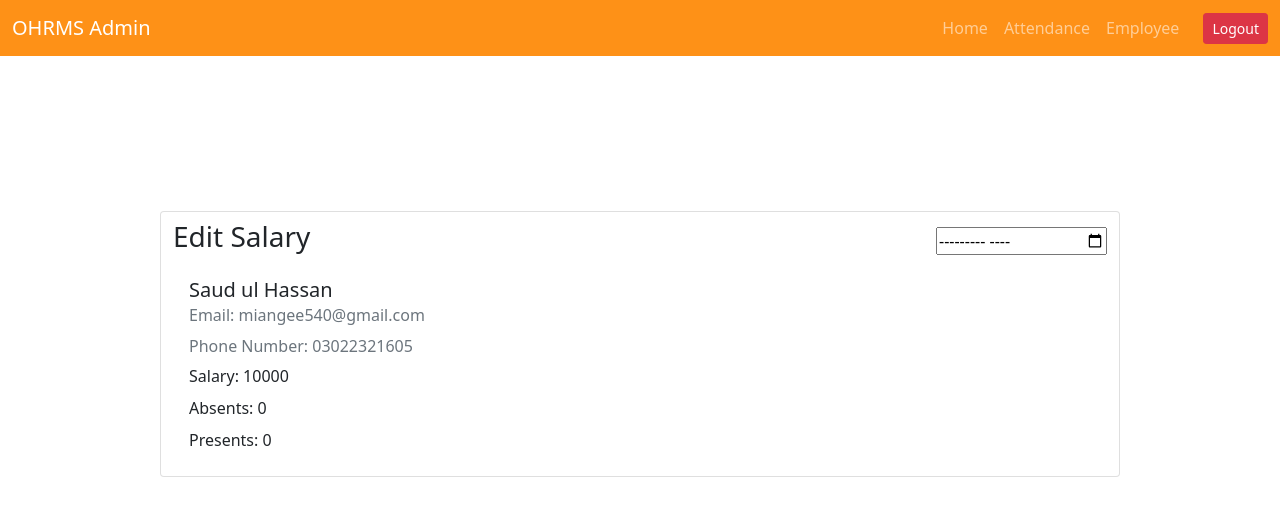
Repository: SaudCh/PHP-OHRMS
Page: http://localhost/admin/edit-salary?id=49
An editor plug-in stored every save of this project. The page is shown before and after the next save, followed by the edit.
The browser window is 1280 px wide. The pictures show the whole page.
Some web libraries are served in a nearby version. The page is run by PHP 8.4 with error messages shown; the project is at /var/www/html/. The session is filled in as if someone had signed in: {"admin": "admin@ohrm.com"}. Other server files are loaded and not shown. The database holds what the project's SQL file puts in it. Queries for data that is not in the repository find no rows.

Above is the page before, as saved 2022-06-05 22:56:43.

### admin/edit-salary.php
<!DOCTYPE html>
<html lang="en">

<head>
    <meta charset="UTF-8">
    <meta http-equiv="X-UA-Compatible" content="IE=edge">
    <meta name="viewport" content="width=device-width, initial-scale=1.0">
    <?php require "../assets/includes/link.includes.php" ?>

    <title>OHRMS</title>
</head>

<body>
    <?php require "./assets/Components/header.php" ?>
    <div class="container-fluid">
        <div class="row align-items-center justify-content-center" style="min-height: 80vh;">

            <div class="card col-11 col-md-9">
                <div class="d-flex align-items-center justify-content-between mt-2">

                    <h3>Edit Salary</h3>
                    <div>
                        <input type="month" id="date" name="date">
                    </div>

                </div>
                <?php
                $id = $_GET['id'];
                $sql = "select * from employee where empId = '$id'";
                $results = mysqli_query($con, $sql);
                $rescheck = mysqli_num_rows($results);
                if ($rescheck > 0) {
                    while ($row = mysqli_fetch_assoc($results)) {
                ?>
                        <div class="card-body">
                            <h5 class="card-title"><?= $row["name"] ?></h5>
                            <h6 class="card-subtitle mb-3 text-muted">Email: <?= $row['emailAddress'] ?></h6>
                            <h6 class="card-subtitle mb-2 text-muted">Phone Number: <?= $row['phoneNumber'] ?></h6>
                            <p class="card-text p-0 m-0 mb-2">Salary: <?= $row['salary'] ?></p>


                    <?php }
                } ?>

                    <?php
                    $absent = 0;
                    $present = 0;

                    date("Y");

                    $id = $_GET['id'];
                    $sql = "select * from attendance where empId = '$id' and date > '2022-05-1'";
                    $results = mysqli_query($con, $sql);
                    $rescheck = mysqli_num_rows($results);
                    if ($rescheck > 0) {
                        while ($row = mysqli_fetch_assoc($results)) {
                            if ($row['status'] == 'Present') {
                                $present++;
                            } else {
                                $absent++;
                            }
                        }
                    }
                    ?>

                    <p class="card-text p-0 m-0 mb-2">Absents: <?= $absent ?></p>
                    <p class="card-text p-0 m-0 mb-2">Presents: <?= $present ?></p>
                        </div>

            </div>
        </div>
    </div>
</body>

</html>

### assets/includes/link.includes.php
<link href="https://cdn.jsdelivr.net/npm/bootstrap@5.0.2/dist/css/bootstrap.min.css" rel="stylesheet" integrity="sha384-EVSTQN3/azprG1Anm3QDgpJLIm9Nao0Yz1ztcQTwFspd3yD65VohhpuuCOmLASjC" crossorigin="anonymous">
<script src="https://cdn.jsdelivr.net/npm/bootstrap@5.0.2/dist/js/bootstrap.bundle.min.js" integrity="sha384-MrcW6ZMFYlzcLA8Nl+NtUVF0sA7MsXsP1UyJoMp4YLEuNSfAP+JcXn/tWtIaxVXM" crossorigin="anonymous"></script>
<script src="https://cdn.jsdelivr.net/npm/@popperjs/core@2.9.2/dist/umd/popper.min.js" integrity="sha384-IQsoLXl5PILFhosVNubq5LC7Qb9DXgDA9i+tQ8Zj3iwWAwPtgFTxbJ8NT4GN1R8p" crossorigin="anonymous"></script>
<script src="https://cdn.jsdelivr.net/npm/bootstrap@5.0.2/dist/js/bootstrap.min.js" integrity="sha384-cVKIPhGWiC2Al4u+LWgxfKTRIcfu0JTxR+EQDz/bgldoEyl4H0zUF0QKbrJ0EcQF" crossorigin="anonymous"></script>

<script src="https://kit.fontawesome.com/5d60ba127b.js" crossorigin="anonymous"></script>

<link rel="stylesheet" href="./assets/css/style.css" type="text/css">
<link rel="stylesheet" href="./assets/css/footer.css" type="text/css">
<style>
    .link {
        text-decoration: none;
    }
</style>

### admin/assets/Components/header.php
<?php
session_start();
$email = '';

include '../assets/config/dbconfig.php';

if (isset($_SESSION['admin'])) {
    $email = $_SESSION['admin'];
} else {
    header("location: login");
}
?>
<nav class="navbar navbar-expand-lg navbar-dark" style="background-color: #fe9117;">
    <div class="container-fluid">
        <a class="navbar-brand" href="index">OHRMS Admin</a>
        <button class="navbar-toggler" type="button" data-bs-toggle="collapse" data-bs-target="#navbarSupportedContent" aria-controls="navbarSupportedContent" aria-expanded="false" aria-label="Toggle navigation">
            <span class="navbar-toggler-icon"></span>
        </button>
        <div class="collapse navbar-collapse" id="navbarSupportedContent">
            <ul class="navbar-nav ms-auto me-3 mb-2 mb-lg-0">
                <li class="nav-item">
                    <a class="nav-link" aria-current="page" href="index">Home</a>
                </li>
                <li class="nav-item">
                    <a class="nav-link" href="attendance">Attendance</a>
                </li>
                <li class="nav-item">
                    <a class="nav-link" href="employee">Employee</a>
                </li>
            </ul>
            <?php

            if (isset($_SESSION['admin'])) {
                echo '<a href="./assets/includes/admin-logout.includes.php" class="btn btn-sm btn-danger">Logout</a>';
            } else {
                echo '<a href="login" class="btn btn-sm btn-success">Login/Register</a>';
            }
            ?>

        </div>
    </div>
</nav>

### assets/config/dbconfig.php
<?php
// Database configuration
$dbHost     = "localhost";
$dbUsername = "root";
$dbPassword = "";
$dbName     = "ohrms";

// $dbHost     = "sql102.epizy.com";
// $dbUsername = "epiz_31455211";
// $dbPassword = "Kr3NNcrNvT9Mx4";
// $dbName     = "epiz_31455211_ohrms";

// Create database connection
$db = new mysqli($dbHost, $dbUsername, $dbPassword, $dbName);
$con=mysqli_connect($dbHost, $dbUsername, $dbPassword,$dbName);

// Check connection
if ($db->connect_error) {
    die("Connection failed: " . $db->connect_error);
}

### assets/css/footer.css
.back-to-top {
  cursor: pointer;
  position: fixed;
  bottom: 30px;
  right: 20px;
  display: none;
  z-index: 10;
}

.footer {
  background-color: #fe9126;
  display: flex;
  color: white;
  z-index: 2;
}

.footer a {
  color: white;
  text-decoration: none;
  font-weight: 500;
}

.footer-links ul {
  text-align: left;
}

.footer-links li {
  list-style: none;
}

.copyright {
  color: white;
  background-color: #fe9126;
}

### sql/ohrms.sql (the tables this page reads)
CREATE TABLE `employee` (
  `empId` int(11) NOT NULL,
  `name` char(50) NOT NULL,
  `phoneNumber` varchar(15) NOT NULL,
  `department` char(10) NOT NULL,
  `emailAddress` varchar(50) NOT NULL,
  `password` varchar(255) NOT NULL,
  `address` varchar(100) NOT NULL,
  `gender` char(10) NOT NULL,
  `salary` int(10) NOT NULL DEFAULT 10000,
  `token` varchar(255) NOT NULL,
  `empStatus` int(1) NOT NULL DEFAULT 0,
  `created` datetime NOT NULL DEFAULT current_timestamp(),
  `tempMail` varchar(20) NOT NULL
) ENGINE=InnoDB DEFAULT CHARSET=utf8mb4;

INSERT INTO `employee` (`empId`, `name`, `phoneNumber`, `department`, `emailAddress`, `password`, `address`, `gender`, `salary`, `token`, `empStatus`, `created`, `tempMail`) VALUES
(49, 'Saud ul Hassan', '03022321605', 'IT', 'miangee540@gmail.com', '$2y$10$tnkPhTnqi.jBUQkl8uiTEePtk4Auc3IYuPundD76d2H41YGcwugUW', '123 B Comsats\r\n123', 'male', 10000, '1bb7c8eb79b1d6be961371dabf6745', 1, '2022-06-13 18:56:53', 'miangee540@gmail.com'),
(51, 'Cedric Sampson', '+16473759896', 'Finance', 'saudchaudhary0@gmail', '$2y$10$8lcl4ARF2QZ6ryeaVm7qlOr02QNJMQFGSRC1rsK8to0F42cu8QcHu', 'Mollitia et et deser', 'female', 21000, '6e4e9ff9110491b8cb7f122b012c2c', 0, '2022-06-13 19:32:44', 'saudchaudhary0@gmail');

ALTER TABLE `employee`
  ADD PRIMARY KEY (`empId`);

ALTER TABLE `employee`
  MODIFY `empId` int(11) NOT NULL AUTO_INCREMENT, AUTO_INCREMENT=52;

Loaded but not shown: assets/css/style.css (common file)

After the next save:
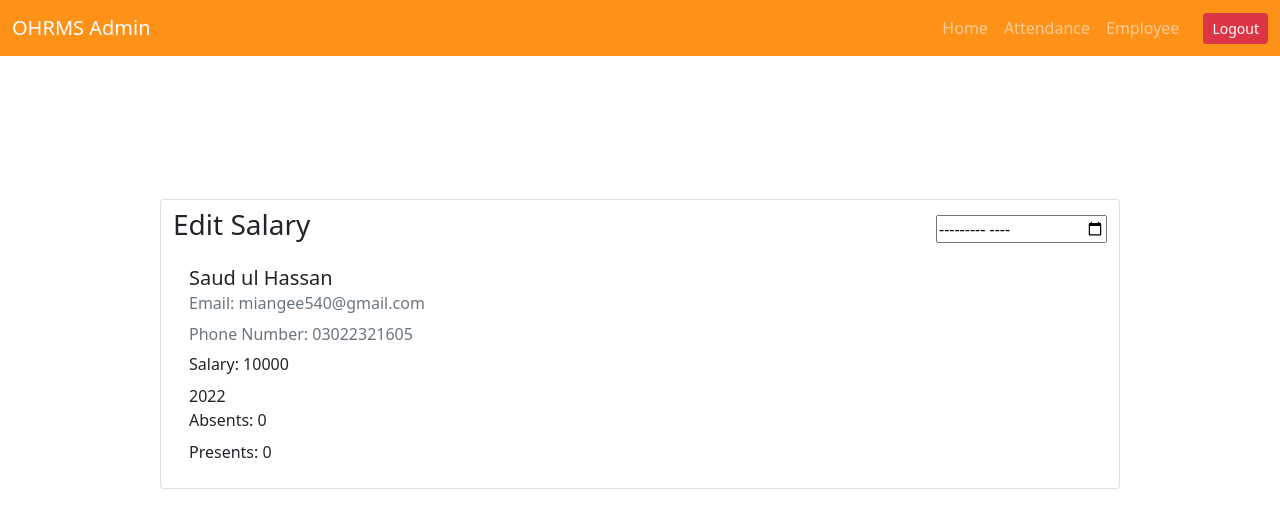
Saved 5 s later.
--- a/admin/edit-salary.php
+++ b/admin/edit-salary.php
@@ -46,7 +46,7 @@
                     $absent = 0;
                     $present = 0;
 
-                    date("Y");
+                    echo date("Y");
 
                     $id = $_GET['id'];
                     $sql = "select * from attendance where empId = '$id' and date > '2022-05-1'";
